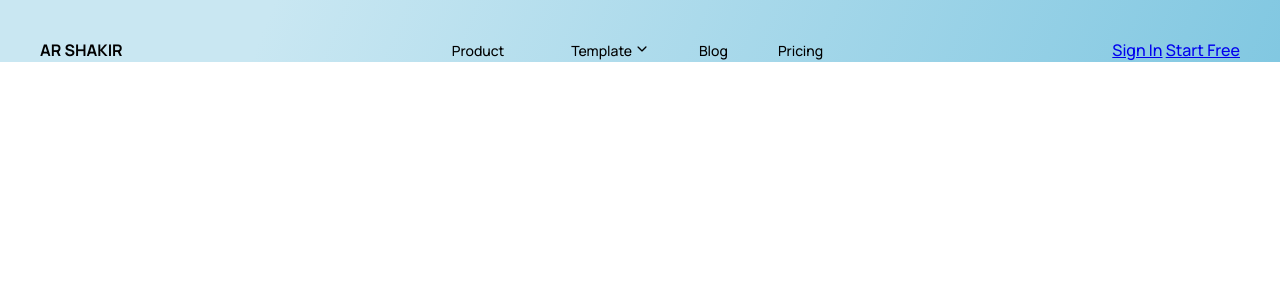
Repository: duongdori/ARShakir
Page: index.html
The author's editor kept a copy of each file at every save. The page is drawn from the files as they stood at one save, then again after the next save.
The browser window is 1280 px wide. The pictures show the whole page.

Above is the page before, as saved 2022-04-01 22:20:50.

After the next save:
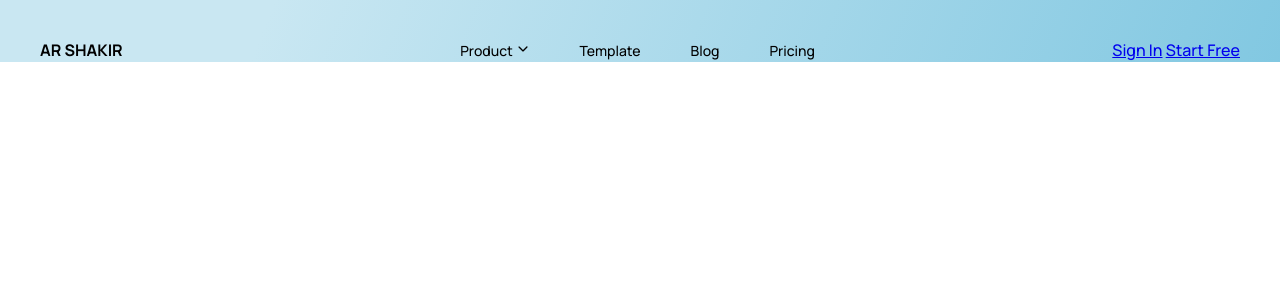
Saved 20 s later.
--- a/index.html
+++ b/index.html
@@ -20,11 +20,10 @@
                     <ul class="header-menu">
                         <li class="header-menu-item">
                             <a href="#" class="header-menu-item-link">Product</a>
-                            <ion-icon ios="arrow-down"></ion-icon>
+                            <ion-icon name="ios-arrow-down"></ion-icon>
                         </li>
                         <li class="header-menu-item">
                             <a href="#" class="header-menu-item-link">Template</a>
-                            <ion-icon name="ios-arrow-down"></ion-icon>
                         </li>
                         <li class="header-menu-item">
                             <a href="#" class="header-menu-item-link">Blog</a>

After the save that followed:
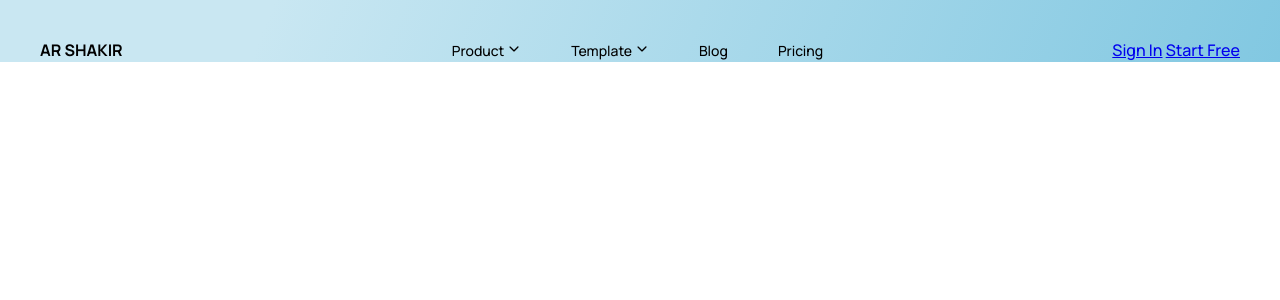
Saved 11 s later.
--- a/index.html
+++ b/index.html
@@ -24,6 +24,7 @@
                         </li>
                         <li class="header-menu-item">
                             <a href="#" class="header-menu-item-link">Template</a>
+                            <ion-icon name="ios-arrow-down"></ion-icon>
                         </li>
                         <li class="header-menu-item">
                             <a href="#" class="header-menu-item-link">Blog</a>
